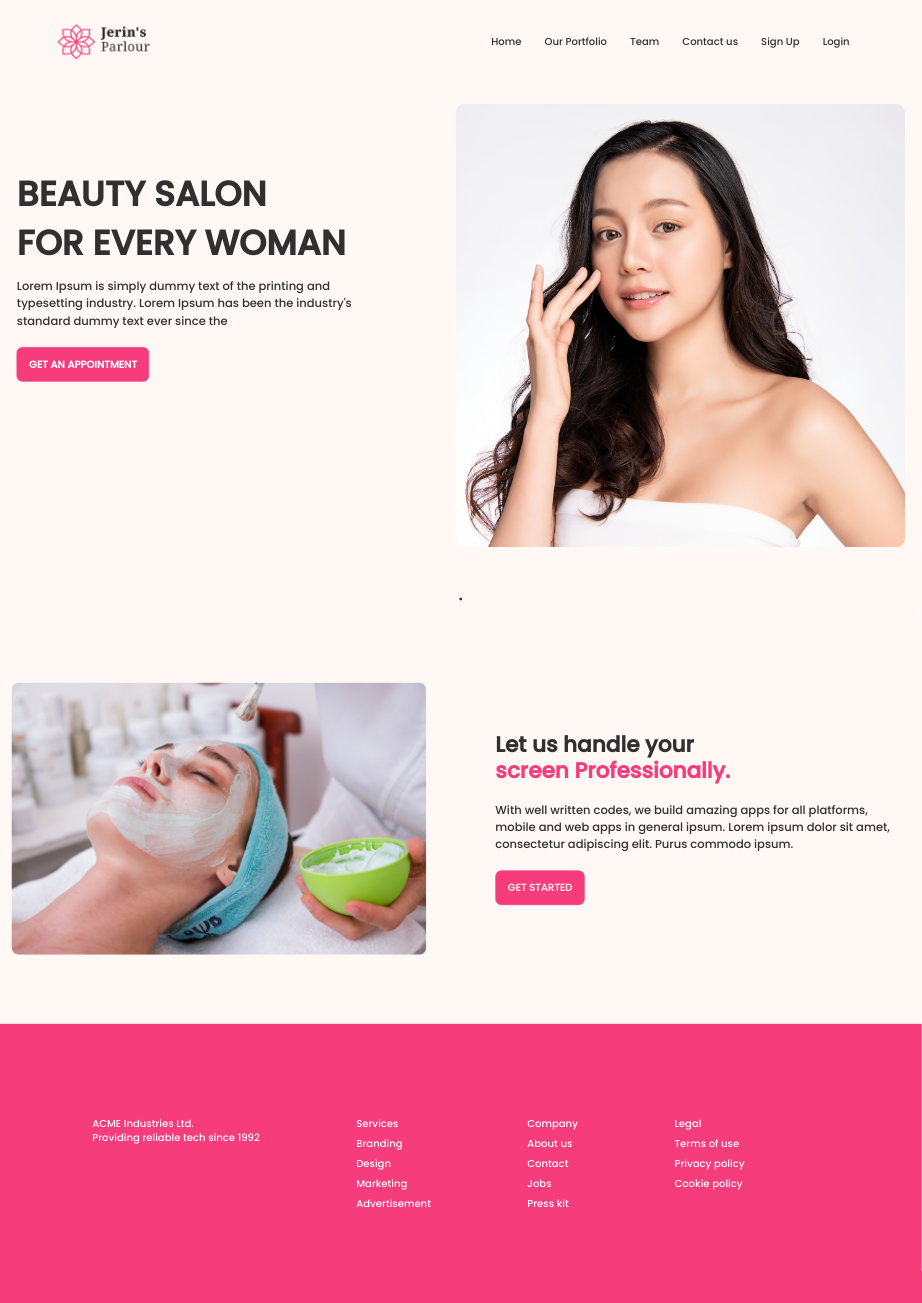
Repository: Wahid137/jerins-parlour-client
Page: /
An editor plug-in stored every save of this project. The page is shown before and after the next save, followed by the edit.
The browser window is 1280 px wide. The pictures show the whole page, at 72% of full size.
The page's requests for data from a server got no answer. The project was rebuilt for these pictures with package versions that can differ from the ones it lists, and the page was loaded fresh each time. No one was signed in, and anything a server would have sent is missing. Also part of the build but not shown: src/App.css, src/Pages/Home/Services/ServicesCard.js.

Above is the page before, as saved 2023-07-16 04:18:01.

After the next save:
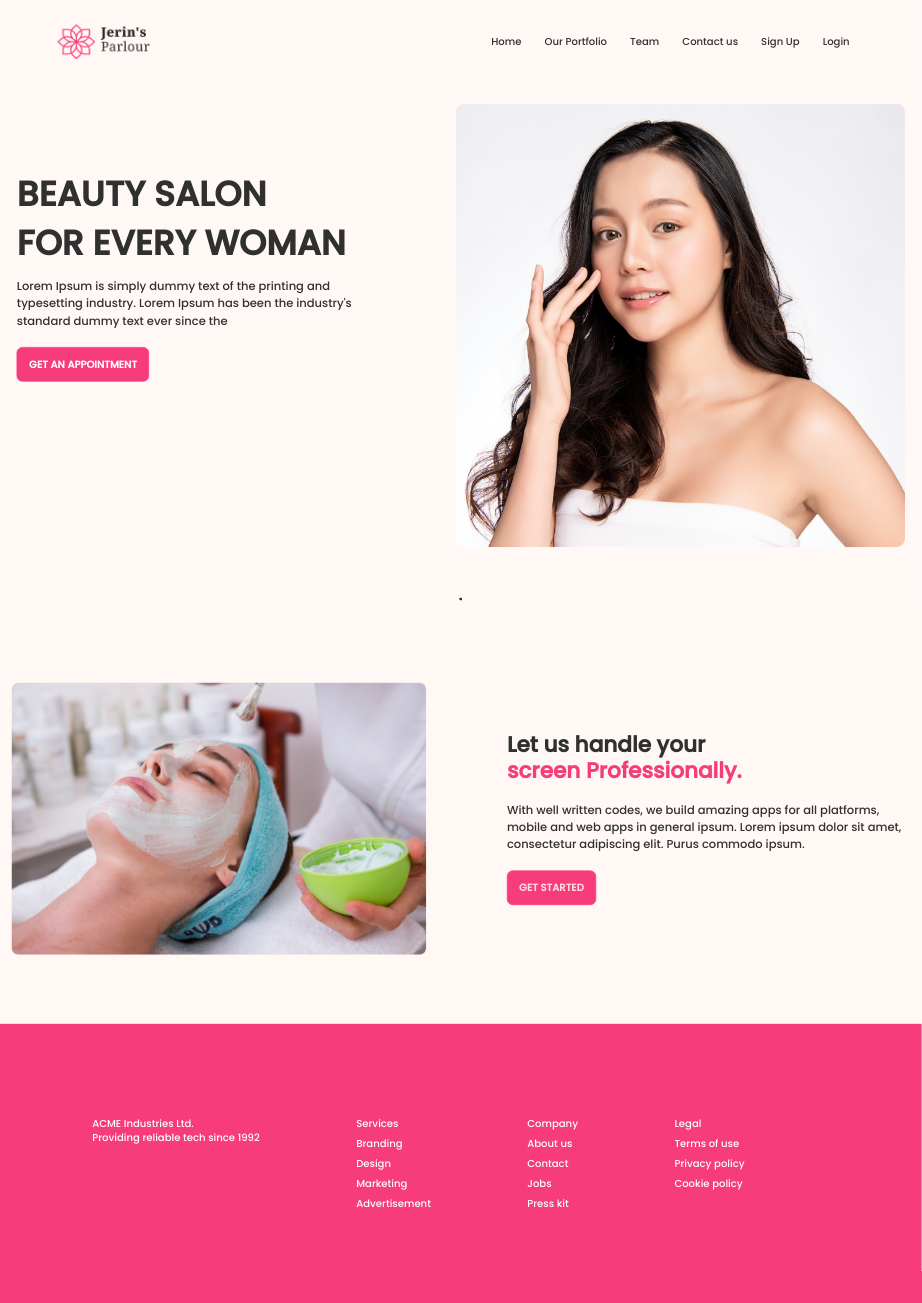
Saved 20 s later.
--- a/src/Pages/Home/Screen/Screen.js
+++ b/src/Pages/Home/Screen/Screen.js
@@ -6,7 +6,7 @@ const Screen = () => {
         <div className="hero py-20 bg-secondary">
             <div className="hero-content flex-col lg:flex-row">
                 <img src={face} className="max-w-xl rounded-lg" alt="" />
-                <div className='lg:w-1/2 ms-20'>
+                <div className='lg:w-1/2 ms-24'>
                     <h1 className="text-3xl font-semibold">Let us handle your <br /><span className='text-primary'>screen Professionally.</span></h1>
                     <p className="py-6">With well written codes, we build amazing apps for all platforms, mobile and web apps in general ipsum. Lorem ipsum dolor sit amet, consectetur adipiscing elit. Purus commodo ipsum.</p>
                     <button className="btn btn-primary">Get Started</button>
